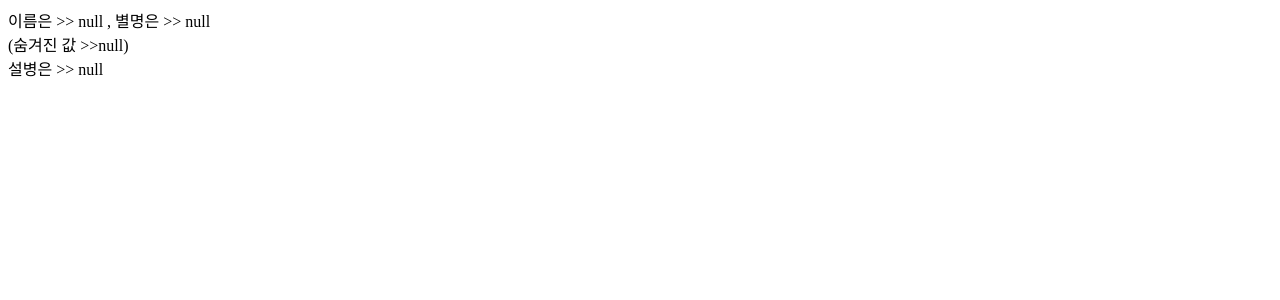
Repository: sunday1284/03_Web
Page: http://localhost/WebPro/1028/form.jsp
The author's editor kept a copy of each file at every save. The page is drawn from the files as they stood at one save, then again after the next save.
The browser window is 1280 px wide. The pictures show the whole page.
The page is served by Tomcat 9.

Above is the page before, as saved 2024-10-29 06:11:20.

After the next save:
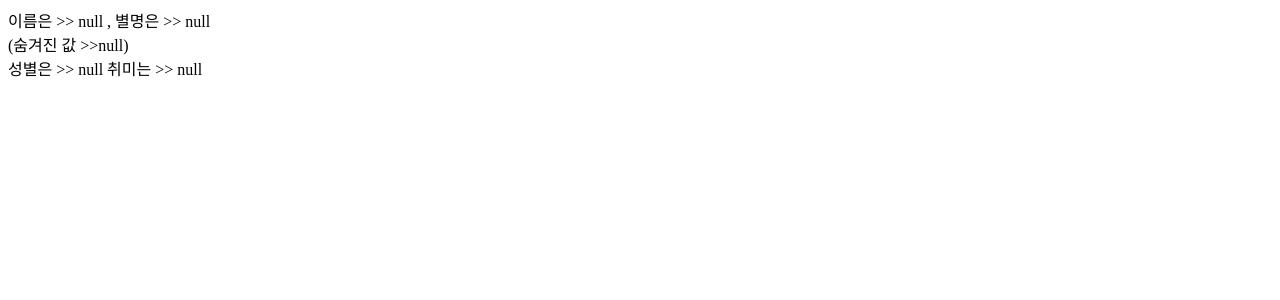
Saved 87 s later.
--- a/WebPro/src/main/webapp/1028/form.jsp
+++ b/WebPro/src/main/webapp/1028/form.jsp
@@ -15,4 +15,5 @@
 
 이름은 >> <%=name %> , 별명은 >> <%=alas %> <br>
 (숨겨진 값 >><%=hdn %>) <br>
-설병은 >> <%= gender%>
+성별은 >> <%= gender%>
+취미는 >> <%= hbs%>
